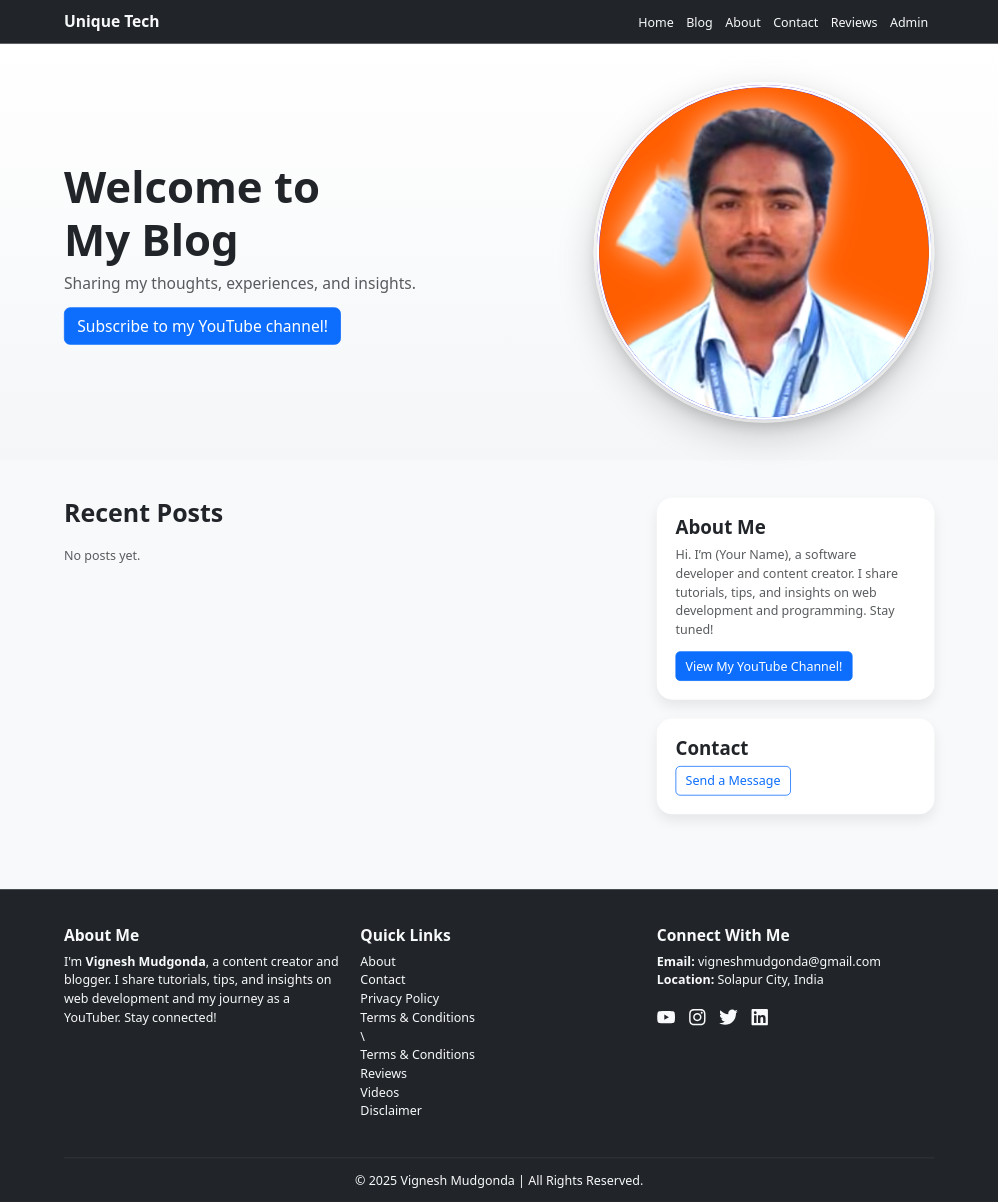
Repository: vigneshmudgonda/Blog2
Page: / (app in blog-frontend-full/)
The author's editor kept a copy of each file at every save. The page is drawn from the files as they stood at one save, then again after a run of saves.
The browser window is 1280 px wide. The pictures show the whole page, at 78% of full size.
The page's requests for data from a server got no answer. The project was rebuilt for these pictures with package versions that can differ from the ones it lists, and the page was loaded fresh each time. No one was signed in, and anything a server would have sent is missing. Also part of the build but not shown: blog-frontend-full/src/pages/BlogList.js, blog-frontend-full/src/pages/BlogDetail.js, blog-frontend-full/src/pages/Reviews.js, blog-frontend-full/src/pages/Contact.js, blog-frontend-full/src/pages/About.js, blog-frontend-full/src/pages/AdminLogin.js, blog-frontend-full/src/pages/AdminDashboard.js, blog-frontend-full/src/pages/YoutubeVideos.js and 2 more.

Above is the page before, as saved 2025-08-22 19:54:57.

After the next 5 saves:
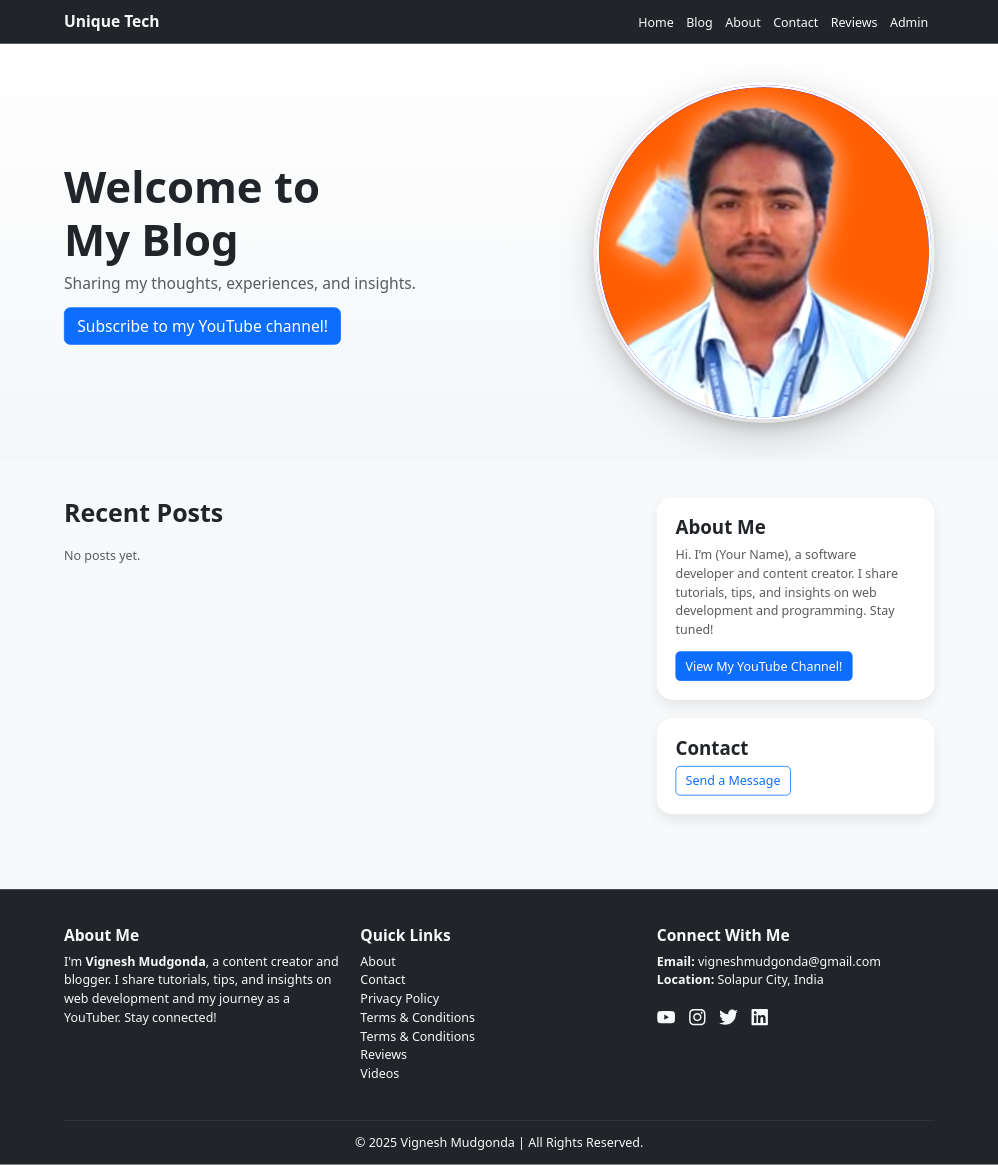
The 5 saves are shown as one change because they came seconds apart.
The last was saved 14 s later.
--- a/blog-frontend-full/src/components/Footer.js
+++ b/blog-frontend-full/src/components/Footer.js
@@ -32,11 +32,11 @@ export default function Footer() {
               <li><Link to="/about" className="text-light text-decoration-none">About</Link></li>
               <li><Link to="/contact" className="text-light text-decoration-none">Contact</Link></li>
               <li><Link to="/Privacy-Policy" className="text-light text-decoration-none">Privacy Policy</Link></li>
-               <li><Link to="/terms" className="text-light text-decoration-none">Terms & Conditions</Link></li>
-               \ <li><Link to="/terms" className="text-light text-decoration-none">Terms & Conditions</Link></li>
+              <li><Link to="/terms" className="text-light text-decoration-none">Terms & Conditions</Link></li>
+              <li><Link to="/terms" className="text-light text-decoration-none">Terms & Conditions</Link></li>
               <li><Link to="/reviews" className="text-light text-decoration-none">Reviews</Link></li>
-               <li><Link to="/youtube" className="text-light text-decoration-none">Videos</Link></li>
-              Disclaimer
+              <li><Link to="/youtube" className="text-light text-decoration-none">Videos</Link></li>
+
             </ul>
           </div>
 
